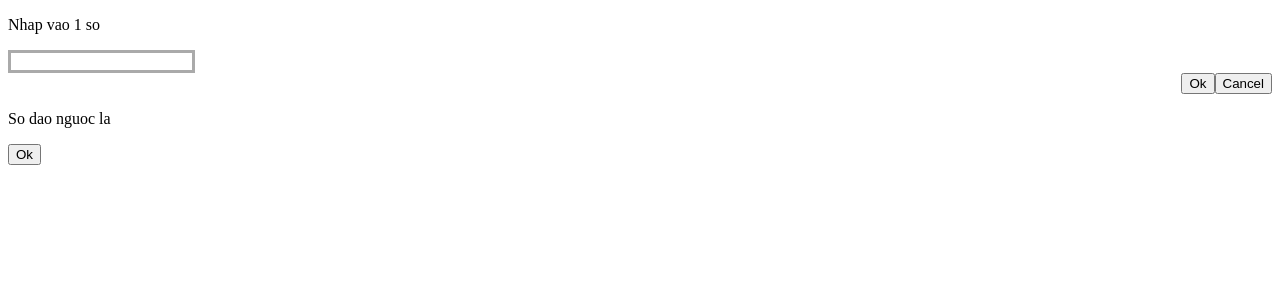
Repository: lhggiang/Sodaonguoc
Page: index.html
An editor plug-in stored every save of this project. The page is shown before and after the next save, followed by the edit.
The browser window is 1280 px wide. The pictures show the whole page.

Above is the page before, as saved 2023-05-19 06:49:54.

After the next save:
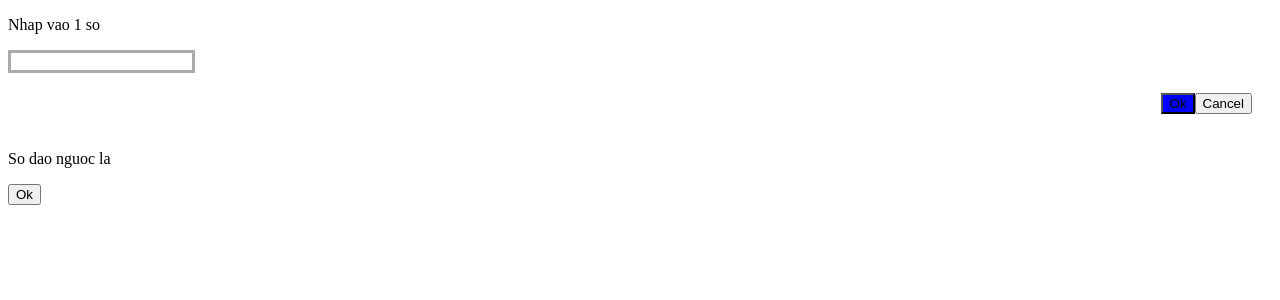
Saved 100 s later.
--- a/style.css
+++ b/style.css
@@ -5,4 +5,9 @@
 .btn {
   display: flex;
   justify-content: flex-end;
+  padding: 20px;
 }
+
+#yes {
+  background: blue;
+}
